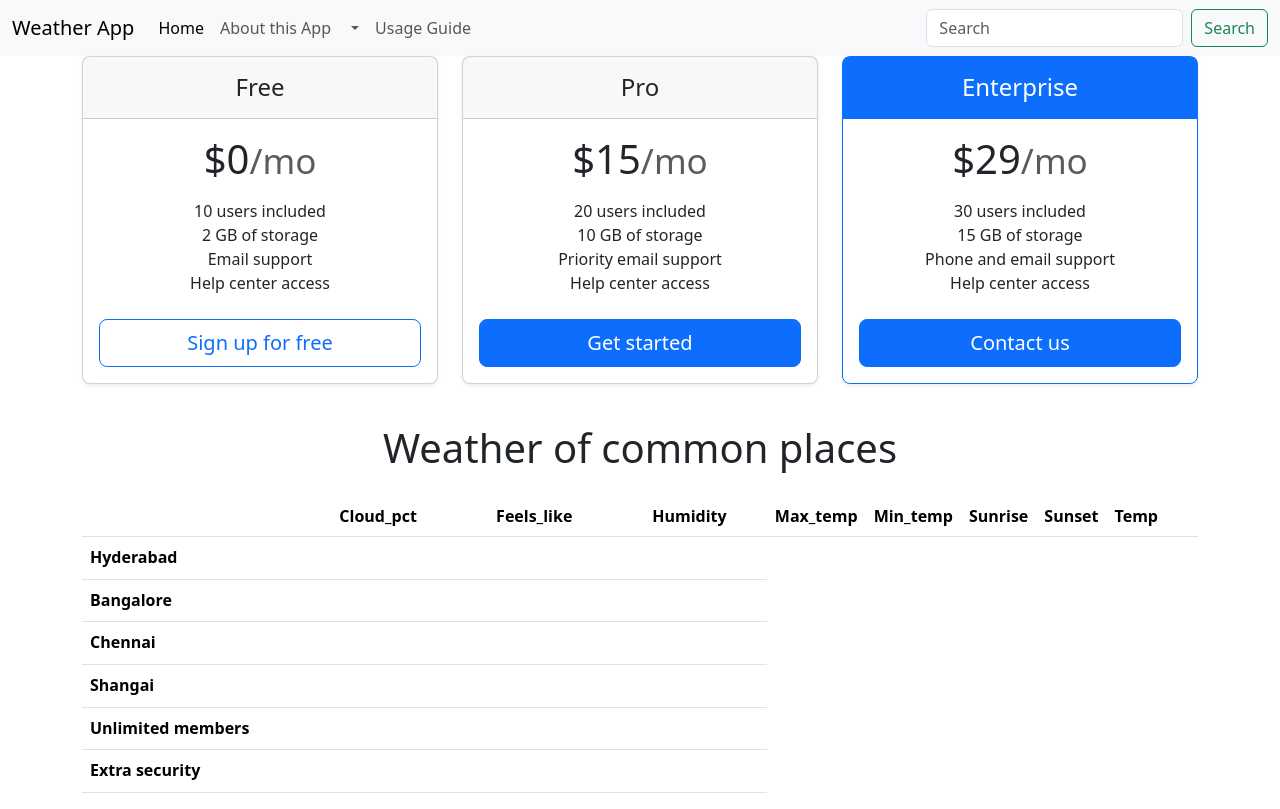
Repository: Abhilash2909/weather
Page: index.html
An editor plug-in stored every save of this project. The page is shown before and after a run of saves, followed by the edit.
The browser window is 1280 px wide. The pictures show the whole page.
The page's requests for data from a server got no answer.

Above is the page before, as saved 2024-02-11 10:31:42.

### index.html
<!doctype html>
<html lang="en">
  <head>
    <meta charset="utf-8">
    <meta name="viewport" content="width=device-width, initial-scale=1">
    <title>My Weather App</title>
    <link href="https://cdn.jsdelivr.net/npm/bootstrap@5.3.2/dist/css/bootstrap.min.css" rel="stylesheet" integrity="sha384-T3c6CoIi6uLrA9TneNEoa7RxnatzjcDSCmG1MXxSR1GAsXEV/Dwwykc2MPK8M2HN" crossorigin="anonymous">
  </head>
  <body>
    <nav class="navbar navbar-expand-lg bg-body-tertiary">
        <div class="container-fluid">
          <a class="navbar-brand" href="#">Weather App</a>
          <button class="navbar-toggler" type="button" data-bs-toggle="collapse" data-bs-target="#navbarSupportedContent" aria-controls="navbarSupportedContent" aria-expanded="false" aria-label="Toggle navigation">
            <span class="navbar-toggler-icon"></span>
          </button>
          <div class="collapse navbar-collapse" id="navbarSupportedContent">
            <ul class="navbar-nav me-auto mb-2 mb-lg-0">
              <li class="nav-item">
                <a class="nav-link active" aria-current="page" href="#">Home</a>
              </li>
              <li class="nav-item">
                <a class="nav-link" href="#">About this App</a>
              </li>
              <li class="nav-item dropdown">
                <a class="nav-link dropdown-toggle" href="#" role="button" data-bs-toggle="dropdown" aria-expanded="false">
                </a>
                <ul class="dropdown-menu">
                  <li><a class="dropdown-item" href="#">Delhi</a></li>
                  <li><a class="dropdown-item" href="#">Seattle</a></li>
                  <li><hr class="dropdown-divider"></li>
                  <li><a class="dropdown-item" href="#">Bangalore</a></li>
                </ul>
              </li>
              <li class="nav-item">
                <a class="nav-link" aria-disabled="true">Usage Guide</a>
              </li>
            </ul>
            <form class="d-flex" role="search">
              <input class="form-control me-2" type="search" placeholder="Search" aria-label="Search">
              <button class="btn btn-outline-success" type="submit">Search</button>
            </form>
          </div>
        </div>
      </nav>

      <div class="container"><main>
        <div class="row row-cols-1 row-cols-md-3 mb-3 text-center">
          <div class="col">
            <div class="card mb-4 rounded-3 shadow-sm">
              <div class="card-header py-3">
                <h4 class="my-0 fw-normal">Free</h4>
              </div>
              <div class="card-body">
                <h1 class="card-title pricing-card-title">$0<small class="text-body-secondary fw-light">/mo</small></h1>
                <ul class="list-unstyled mt-3 mb-4">
                  <li>10 users included</li>
                  <li>2 GB of storage</li>
                  <li>Email support</li>
                  <li>Help center access</li>
                </ul>
                <button type="button" class="w-100 btn btn-lg btn-outline-primary">Sign up for free</button>
              </div>
            </div>
          </div>
          <div class="col">
            <div class="card mb-4 rounded-3 shadow-sm">
              <div class="card-header py-3">
                <h4 class="my-0 fw-normal">Pro</h4>
              </div>
              <div class="card-body">
                <h1 class="card-title pricing-card-title">$15<small class="text-body-secondary fw-light">/mo</small></h1>
                <ul class="list-unstyled mt-3 mb-4">
                  <li>20 users included</li>
                  <li>10 GB of storage</li>
                  <li>Priority email support</li>
                  <li>Help center access</li>
                </ul>
                <button type="button" class="w-100 btn btn-lg btn-primary">Get started</button>
              </div>
            </div>
          </div>
          <div class="col">
            <div class="card mb-4 rounded-3 shadow-sm border-primary">
              <div class="card-header py-3 text-bg-primary border-primary">
                <h4 class="my-0 fw-normal">Enterprise</h4>
              </div>
              <div class="card-body">
                <h1 class="card-title pricing-card-title">$29<small class="text-body-secondary fw-light">/mo</small></h1>
                <ul class="list-unstyled mt-3 mb-4">
                  <li>30 users included</li>
                  <li>15 GB of storage</li>
                  <li>Phone and email support</li>
                  <li>Help center access</li>
                </ul>
                <button type="button" class="w-100 btn btn-lg btn-primary">Contact us</button>
              </div>
            </div>
          </div>
        </div>

        <h2 class="display-6 text-center mb-4">Weather of common places</h2>

        <div class="table-responsive">
          <table class="table text-center">
            <thead>
              <tr>
                <th style="width: 34%;"></th>
                <th style="width: 22%;"> Cloud_pct </th>
                <th style="width: 22%;"> Feels_like </th>
                <th style="width: 22%;"> Humidity </th>
                <th style="width: 22%;"> Max_temp </th>
                <th style="width: 22%;"> Min_temp </th>
                <th style="width: 22%;"> Sunrise </th>
                <th style="width: 22%;"> Sunset </th>
                <th style="width: 22%;"> Temp </th>
                <th style="width: 22%;">  </th>
                <th style="width: 22%;">  </th>
                    </th>
                  </th>
                </th>
              </tr>
            </thead>
            <tbody>
              <tr>
                <th scope="row" class="text-start">Hyderabad</th>
                <td><svg class="bi" width="24" height="24"><use xlink:href="#check"></use></svg></td>
                <td><svg class="bi" width="24" height="24"><use xlink:href="#check"></use></svg></td>
                <td><svg class="bi" width="24" height="24"><use xlink:href="#check"></use></svg></td>
              </tr>
              <tr>
                <th scope="row" class="text-start">Bangalore</th>
                <td></td>
                <td><svg class="bi" width="24" height="24"><use xlink:href="#check"></use></svg></td>
                <td><svg class="bi" width="24" height="24"><use xlink:href="#check"></use></svg></td>
              </tr>
            </tbody>

            <tbody>
              <tr>
                <th scope="row" class="text-start">Chennai</th>
                <td><svg class="bi" width="24" height="24"><use xlink:href="#check"></use></svg></td>
                <td><svg class="bi" width="24" height="24"><use xlink:href="#check"></use></svg></td>
                <td><svg class="bi" width="24" height="24"><use xlink:href="#check"></use></svg></td>
              </tr>
              <tr>
                <th scope="row" class="text-start">Shangai</th>
                <td></td>
                <td><svg class="bi" width="24" height="24"><use xlink:href="#check"></use></svg></td>
                <td><svg class="bi" width="24" height="24"><use xlink:href="#check"></use></svg></td>
              </tr>
              <tr>
                <th scope="row" class="text-start">Unlimited members</th>
                <td></td>
                <td><svg class="bi" width="24" height="24"><use xlink:href="#check"></use></svg></td>
                <td><svg class="bi" width="24" height="24"><use xlink:href="#check"></use></svg></td>
              </tr>
              <tr>
                <th scope="row" class="text-start">Extra security</th>
                <td></td>
                <td></td>
                <td><svg class="bi" width="24" height="24"><use xlink:href="#check"></use></svg></td>
              </tr>
            </tbody>
          </table>
        </div>
      </main></div>
    <script src="https://cdn.jsdelivr.net/npm/bootstrap@5.3.2/dist/js/bootstrap.bundle.min.js" integrity="sha384-C6RzsynM9kWDrMNeT87bh95OGNyZPhcTNXj1NW7RuBCsyN/o0jlpcV8Qyq46cDfL" crossorigin="anonymous"></script>
    <script src="script.js"></script>
</body>
</html>

### script.js
// const options = {
// method: 'GET',
// headers: {
//         'X-RapidAPI-Key': 'b45e96323fmshf5e4bc50d3b8a90p1e091djsnfb21cde4eb87',
// '       X-RapidAPI-Host': 'weather-by-api-ninjas.p.rapidapi.com'
//     }
// };

// fetch('https://weather-by-api-ninjas.p.rapidapi.com/v1/weather?city=Seattle', options)
//     .then(response => response.json())
//     .then(response => console.log(response))
//     .catch(err => console.error(err));



const options = {
    method: 'GET',
    headers: {
      'X-RapidAPI-Key': 'b45e96323fmshf5e4bc50d3b8a90p1e091djsnfb21cde4eb87',
      'X-RapidAPI-Host': 'weather-by-api-ninjas.p.rapidapi.com'
    }
  };

  fetch('https://weather-by-api-ninjas.p.rapidapi.com/v1/weather?city=Seattle', options)
    .then(response => response.json())
    .then(data => console.log(data))
    .catch(error => console.error(error));

After the next 2 saves:
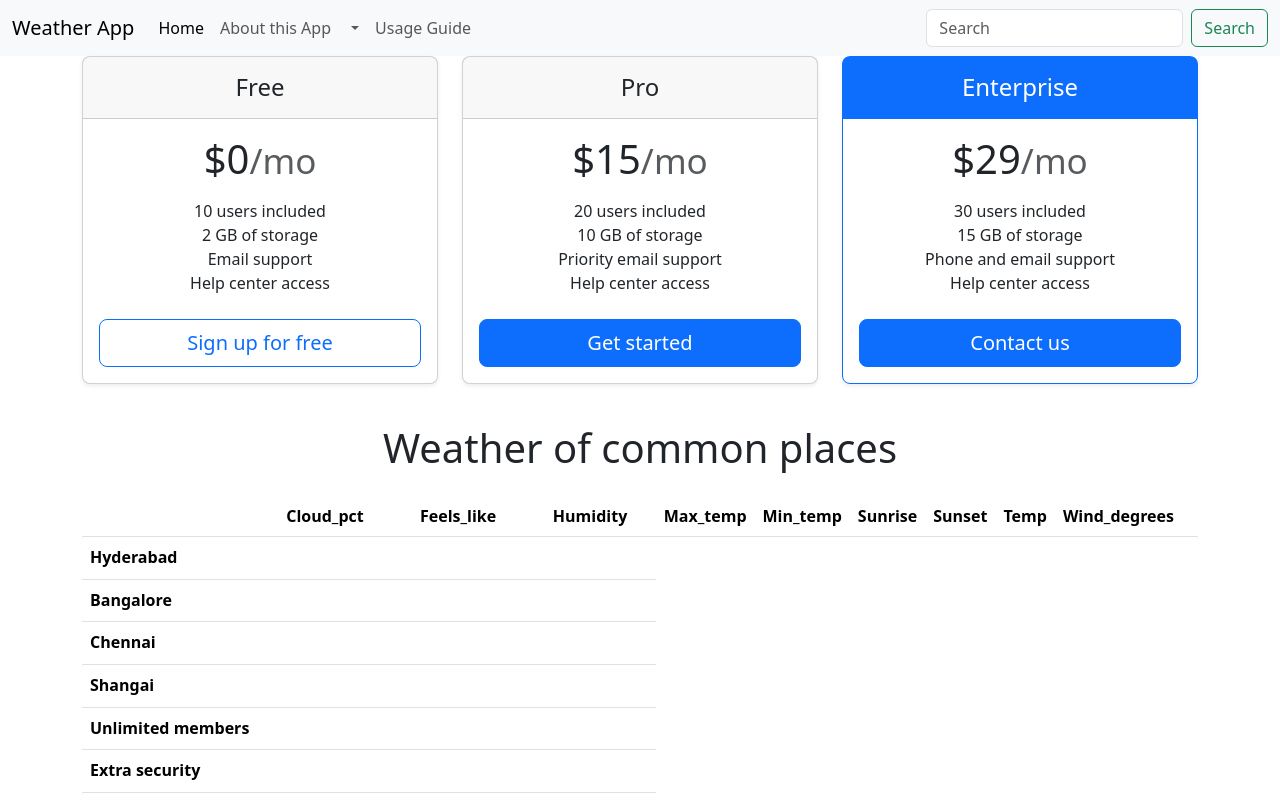
The 2 saves are shown as one change because they came seconds apart.
The last was saved 13 s later.
--- a/index.html
+++ b/index.html
@@ -113,7 +113,7 @@
                 <th style="width: 22%;"> Sunrise </th>
                 <th style="width: 22%;"> Sunset </th>
                 <th style="width: 22%;"> Temp </th>
-                <th style="width: 22%;">  </th>
+                <th style="width: 22%;"> Wind_degrees </th>
                 <th style="width: 22%;">  </th>
                     </th>
                   </th>
